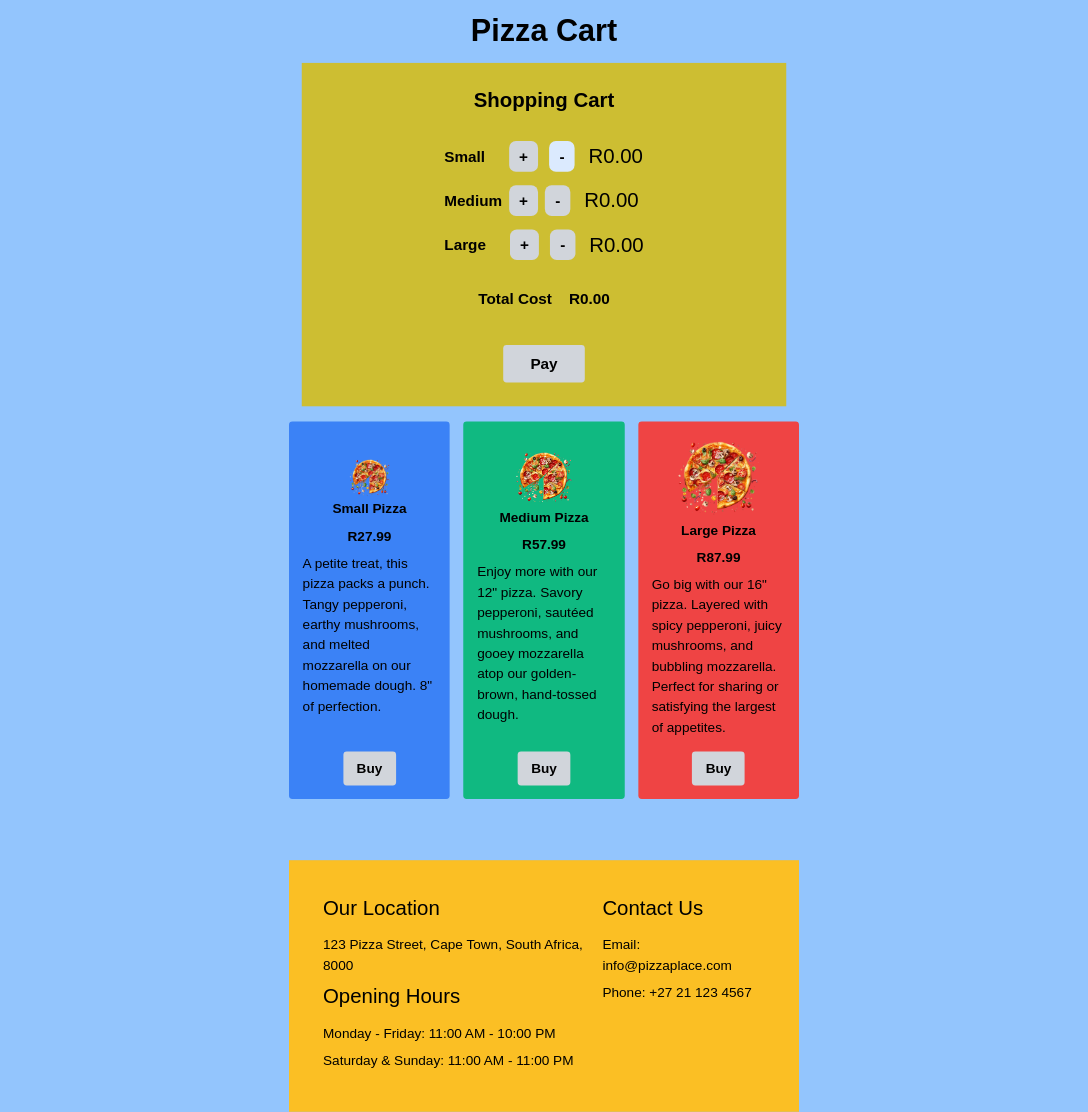
Repository: lasity34/pizza-cart-with-api
Page: index.html
The author's editor kept a copy of each file at every save. The page is drawn from the files as they stood at one save, then again after the next save.
The browser window is 1280 px wide. The pictures show the whole page, at 85% of full size.
The page's requests for data from a server got no answer. Some web fonts or font styles are not loaded; a fallback is used. Some web libraries are served in a nearby version.

Above is the page before, as saved 2023-07-13 14:09:05.
Console error (its wording comes from the project's code and is left out).

### index.html
<!DOCTYPE html>
<html lang="en">
  <head>
    <meta charset="UTF-8" />
    <meta name="viewport" content="width=device-width, initial-scale=1.0" />
    <title>Pizza Cart</title>
    <script src="//unpkg.com/alpinejs" defer></script>
    <link
      href="https://cdn.jsdelivr.net/npm/tailwindcss@2.1.2/dist/tailwind.min.css"
      rel="stylesheet"
    />
    <script
      src="https://cdnjs.cloudflare.com/ajax/libs/axios/1.4.0/axios.min.js"
      integrity="sha512-uMtXmF28A2Ab/JJO2t/vYhlaa/3ahUOgj1Zf27M5rOo8/+fcTUVH0/E0ll68njmjrLqOBjXM3V9NiPFL5ywWPQ=="
      crossorigin="anonymous"
      referrerpolicy="no-referrer"
    ></script>
    <link href="./style.css" rel="stylesheet" />
    <link rel="preconnect" href="https://fonts.googleapis.com" />
    <link rel="preconnect" href="https://fonts.gstatic.com" crossorigin />
    <link
      href="https://fonts.googleapis.com/css2?family=Titillium+Web:ital@0;1&family=Tsukimi+Rounded:wght@300;400;500&display=swap"
      rel="stylesheet"
    />
  </head>
  <body x-data="pizzaCart" class="bg-blue-300" x-cloak>
    <section class="flex justify-center items-center">
      <h1 class="text-4xl pt-4 font-bold">Pizza Cart</h1>
    </section>

    <section
      class="shop-container my-5 p-7 flex flex-col text-xs sm:text-base md:text-lg lg:text-lg justify-center items-center"
    >
      <h2 class="text-2xl mb-2 font-bold">Shopping Cart</h2>
      <div class="mt-6 flex flex-col items-center">
        <div>
          <div class="flex items-center mb-4">
            <p class="font-bold mr-2">Small</p>
            <div class="ml-5">
              <button
                @click="increment('small')"
                class="bg-gray-300 hover:bg-gray-400 rounded-lg px-3 py-1 mr-2 font-bold"
              >
                +
              </button>
              <button
                @click="decrement('small')"
                class="bg-blue-100 hover:bg-gray-400 rounded-lg px-3 py-1 font-bold"
              >
                -
              </button>
            </div>
            <p class="ml-4 text-xs sm:text-sm md:text-lg lg:text-2xl">
              R<span x-text="(smallAmount * prices.small).toFixed(2)"
                >0.00</span
              >
            </p>
          </div>
          <div class="flex items-center mb-4">
            <p class="font-bold mr-2 text-red">Medium</p>
            <button
              @click="increment('medium')"
              class="bg-gray-300 hover:bg-gray-400 rounded-lg px-3 py-1 mr-2 font-bold"
            >
              +
            </button>
            <button
              @click="decrement('medium')"
              class="bg-gray-300 hover:bg-gray-400 rounded-lg px-3 py-1 font-bold"
            >
              -
            </button>
            <p class="ml-4 text-xs sm:text-sm md:text-lg lg:text-2xl">
              R<span x-text="(mediumAmount * prices.medium).toFixed(2)"
                >0.00</span
              >
            </p>
          </div>
          <div class="flex items-center mb-4">
            <p class="font-bold mr-2">Large</p>
            <div class="ml-5">
              <button
                @click="increment('large')"
                class="bg-gray-300 hover:bg-gray-400 rounded-lg px-3 py-1 mr-2 font-bold"
              >
                +
              </button>
              <button
                @click="decrement('large')"
                class="bg-gray-300 hover:bg-gray-400 rounded-lg px-3 py-1 font-bold"
              >
                -
              </button>
            </div>
            <p class="ml-4 text-xs sm:text-sm md:text-lg lg:text-2xl">
              R<span x-text="(largeAmount * prices.large).toFixed(2)"
                >0.00</span
              >
            </p>
        </div>
        <template x-for="pizza in cartPizzas">
            <div class="flex items-center mb-4">
                <p class="font-bold mr-2" x-text="pizza.flavour"></p>
                <div class="ml-5">
                  <button
                    @click="increment('large')"
                    class="bg-gray-300 hover:bg-gray-400 rounded-lg px-3 py-1 mr-2 font-bold"
                  >
                    +
                  </button>
                  <button
                    @click="decrement('large')"
                    class="bg-gray-300 hover:bg-gray-400 rounded-lg px-3 py-1 font-bold"
                  >
                    -
                  </button>
                </div>
                <p class="ml-4 text-xs sm:text-sm md:text-lg lg:text-2xl">
                  R<span x-text="pizza.price"
                    ></span
                  >
                </p>
            </div>
        </template>
        </div>
        <div class="flex justify-center mt-4">
          <p class="font-bold">Total Cost</p>
          <p class="ml-5 font-bold">
            R<span x-text="total().toFixed(2)">0.00</span>
          </p>
        </div>
        <div class="mt-4">
          <span x-html="payMessage"></span>
        </div>

        <div class="mt-4" x-show="total() !== 0" x-cloak>
          <label class="font-bold">Payment Amount:</label>
          <input
            placeholder="Enter payment here"
            type="number"
            step="0.01"
            class="rounded ml-2 py-2"
            x-model="paymentAmount"
          />
        </div>
        <div class="mt-6">
          <button
            x-cloak
            @click="paymentTotal()"
            class="bg-gray-300 hover:bg-gray-400 py-2 px-8 rounded font-bold"
          >
            <span x-text="total() === 0 ? 'Pay' : 'Checkout'"></span>
          </button>
        </div>
      </div>
    </section>

    <section class="pizza_columns">
      <div
        class="flex flex-col gap-4 mx-auto items-center lg:items-stretch lg:flex-row justify-center"
      >
        <div
          class="flex bg-blue-500 rounded p-4 w-4/5 lg:w-4/5 flex-grow flex-shrink flex flex-col justify-between text-black items-center"
        >
          <div class="flex-grow flex flex-col items-center justify-center">
            <img src="./pizza.png" width="50" />
            <h3 class="mb-2 font-bold">Small Pizza</h3>
            <h3 class="mb-2 font-bold">R27.99</h3>
            <p class="mb-4">
              A petite treat, this pizza packs a punch. Tangy pepperoni, earthy
              mushrooms, and melted mozzarella on our homemade dough. 8" of
              perfection.
            </p>
          </div>
          <button
            @click="buy('small')"
            :disabled="smallAdded"
            class="bg-gray-300 hover:bg-gray-400 transition-colors duration-300 py-2 px-4 rounded font-bold"
          >
            Buy
          </button>
        </div>
        <div
          class="pizza_md bg-green-500 rounded p-4 w-4/5 lg:w-4/5 flex-grow flex-shrink flex flex-col justify-between text-black items-center"
        >
          <div class="flex-grow flex flex-col items-center justify-center">
            <img src="./pizza.png" width="70" />
            <h3 class="mb-2 font-bold">Medium Pizza</h3>
            <h3 class="mb-2 font-bold">R57.99</h3>
            <p class="mb-4">
              Enjoy more with our 12" pizza. Savory pepperoni, sautéed
              mushrooms, and gooey mozzarella atop our golden-brown, hand-tossed
              dough.
            </p>
          </div>
          <button
            @click="buy('medium')"
            :disabled="mediumAdded"
            class="bg-gray-300 hover:bg-gray-400 transition-colors duration-300 py-2 px-4 rounded font-bold"
          >
            Buy
          </button>
        </div>
        <div
          class="pizza_lg bg-red-500 rounded p-4 w-4/5 lg:w-4/5 flex-grow flex-shrink flex flex-col justify-between text-black items-center"
        >
          <div class="flex-grow flex flex-col items-center justify-center">
            <img src="./pizza.png" width="100" />
            <h3 class="mb-2 font-bold">Large Pizza</h3>
            <h3 class="mb-2 font-bold">R87.99</h3>
            <p class="mb-4">
              Go big with our 16" pizza. Layered with spicy pepperoni, juicy
              mushrooms, and bubbling mozzarella. Perfect for sharing or
              satisfying the largest of appetites.
            </p>
          </div>
          <button
            @click="buy('large')"
            :disabled="largeAdded"
            class="bg-gray-300 hover:bg-gray-400 transition-colors duration-300 py-2 px-4 rounded font-bold"
          >
            Buy
          </button>
        </div>
      </div>
    </section>
    <!-- all pizzas display -->
    <section class="mt-8">
        <div class="flex flex-col items-center">
            <template x-for="pizza in pizzas">
                <div class="flex items-center border-b border-gray-200 bg-yellow-500 shadow-lg rounded-lg px-4 py-4 my-4 w-full max-w-xl">
                    <div class="w-24 h-24 flex-shrink-0">
                        <img src="./pizza.png" class="w-full h-full object-cover rounded-lg" />
                    </div>
                    <div class="ml-4 flex-grow flex justify-around">
                        <h5 class="text-lg font-bold text-black" x-text="pizza.flavour"></h5>
                        <p class="text-lg text-black mb-4 mr-2">R<span x-text="pizza.price"></span></p>
                    </div>
                    <div>
                        <button class="bg-gray-600 hover:bg-gray-700 text-white font-bold py-2 px-4 rounded">Buy</button>
                    </div>
                </div>
            </template>
        </div>
    </section>



    <footer class="bg-yellow-400 text-black mt-10 p-10">
      <div class="container mx-auto flex justify-between">
        <div>
          <h2 class="text-2xl mb-4">Our Location</h2>
          <p class="mb-2">123 Pizza Street, Cape Town, South Africa, 8000</p>

          <h2 class="text-2xl mb-4">Opening Hours</h2>
          <p class="mb-2">Monday - Friday: 11:00 AM - 10:00 PM</p>
          <p class="mb-2">Saturday & Sunday: 11:00 AM - 11:00 PM</p>
        </div>
        <div>
          <h2 class="text-2xl mb-4">Contact Us</h2>
          <p class="mb-2">Email: info@pizzaplace.com</p>
          <p class="mb-2">Phone: +27 21 123 4567</p>
        </div>
      </div>
    </footer>

    <div
      x-show="show"
      x-transition:enter="transition ease-out duration-300"
      x-transition:enter-start="opacity-0 transform scale-90"
      x-transition:enter-end="opacity-100 transform scale-100"
      x-transition:leave="transition ease-in duration-300"
      x-transition:leave-start="opacity-100 transform scale-100"
      x-transition:leave-end="opacity-0 transform scale-90"
      class="fixed inset-0 flex items-center justify-center z-50"
    >
      <div class="bg-green-800 text-white rounded p-5 shadow-lg">
        <p x-text="message"></p>
      </div>
    </div>

    <script src="./pizza.js"></script>
  </body>
</html>

### style.css

body {
    max-width: 600px;
    margin: 0 auto;

font-family: 'Tsukimi Rounded', sans-serif;
}

.shop-container {
    background-color: rgb(205, 190, 50);
    max-width: 95%;
    margin: 1em auto;
}

input::-webkit-outer-spin-button,
input::-webkit-inner-spin-button {
  -webkit-appearance: none;
  margin: 0;
}

input[type="number"] {
  -moz-appearance: textfield;
 text-indent: 10px;
}

[x-cloak] { display: none; }

### pizza.js
function pizzaCart() {
    return {
      smallAmount: 0,
      mediumAmount: 0,
      largeAmount: 0,
      paymentAmount: 0,
      message: "",
      payMessage: "",
      smallAdded: false,
      mediumAdded: false,
      largeAdded: false,
      show: false,
      prices: {
        small: 27.99,
        medium: 57.99,
        large: 87.99,
      },
      lastMessageAdded: '',



      pizzas: [],
      username: 'bjorn',
      cartId: 'jI0VaxiP9k',
      cartPizzas: [],
      cartTotal: 0.00,
      increment(size) {
        if (size === "small" && this.smallAdded) {
          this.smallAmount++;
        } else if (size === "medium" && this.mediumAdded) {
          this.mediumAmount++;
        } else if (size === "large" && this.largeAdded) {
          this.largeAmount++;
        }
      },
      buy(size) {
        if (size === "small") {
          this.smallAdded = true;
          this.smallAmount++;  // increment the small pizza count
          this.message = 'Small Pizza has been added';
        } else if (size === "medium") {
          this.mediumAdded = true;
          this.mediumAmount++;  // increment the medium pizza count
          this.message = 'Medium Pizza has been added';
        } else if (size === "large") {
          this.largeAdded = true;
          this.largeAmount++;  // increment the large pizza count
          this.message = 'Large Pizza has been added';
        }
        this.toggleModal();
      },
      decrement(size) {
        if(size === 'small' && this.smallAmount > 0 && this.smallAdded) {
          this.smallAmount--;
          if(this.smallAmount === 0) this.smallAdded = false;
        }
        if(size === 'medium' && this.mediumAmount > 0 && this.mediumAdded) {
          this.mediumAmount--;
          if(this.mediumAmount === 0) this.mediumAdded = false;
        }
        if(size === 'large' && this.largeAmount > 0 && this.largeAdded) {
          this.largeAmount--;
          if(this.largeAmount === 0) this.largeAdded = false;
        }
      },
      total() {
        return (
          this.smallAmount * this.prices.small +
          this.mediumAmount * this.prices.medium +
          this.largeAmount * this.prices.large
        );
      },
      paymentTotal() {
        if (this.paymentAmount < this.total()) {
          this.payMessage = `<p class='flex bg-red-600 text-white py-2 px-4 font-bold text-lg my-3 py-1'>R${(this.total() - this.paymentAmount).toFixed(2)} is needed</p>`;
          setTimeout(() => {
            this.payMessage = "";
          }, 2000);
        } else if (this.paymentAmount > this.total()) {
          this.payMessage = `<p class='flex bg-red-600 text-white py-2 px-4 font-bold text-lg my-3 py-1'>There is R${(this.paymentAmount - this.total()).toFixed(2)} too much</p>`;
          setTimeout(() => {
            this.payMessage = "";
          }, 2000);
        } else if (this.paymentAmount == this.total() && this.total() !== 0) {
          this.payMessage = "<p class='flex bg-green-600 text-white py-2 px-4 font-bold text-lg my-3 py-1'>Enjoy your pizzas<p>";
          this.reset();
          setTimeout(() => {
            this.payMessage = "";
          }, 2000);
        }
      },
      toggleModal() {
        this.show = !this.show;
        if (this.show) {
          setTimeout(() => { this.show = false; }, 2000); // Close after 2 seconds
        }
      },
      reset() {
        this.smallAmount = 0;
        this.mediumAmount = 0;
        this.largeAmount = 0;
        this.paymentAmount = 0;
        this.message = "";

        this.smallAdded = false;
        this.mediumAdded = false;
        this.largeAdded = false;
        this.show = false;
      },

      getCart() {
        const getCartURL = `https://pizza-api.projectcodex.net/api/pizza-cart/${this.cartId}/get`
      return  axios.get(getCartURL)
      },
      showCartData() {
        this.getCart().then(result => {

          const cartData = result.data
          console.log(cartData)

          this.cartPizzas = cartData.pizzas
          this.cartId = cartData.total
        })
      },
      init() {
        axios
          .get('https://pizza-api.projectcodex.net/api/pizzas')
          .then(result => {

            this.pizzas = result.data.pizzas
          })

          this.showCartData()

      },

    };
  }

  document.addEventListener("alpine:init", () => {
    Alpine.data("pizzaCart", pizzaCart);
  });

After the next save:
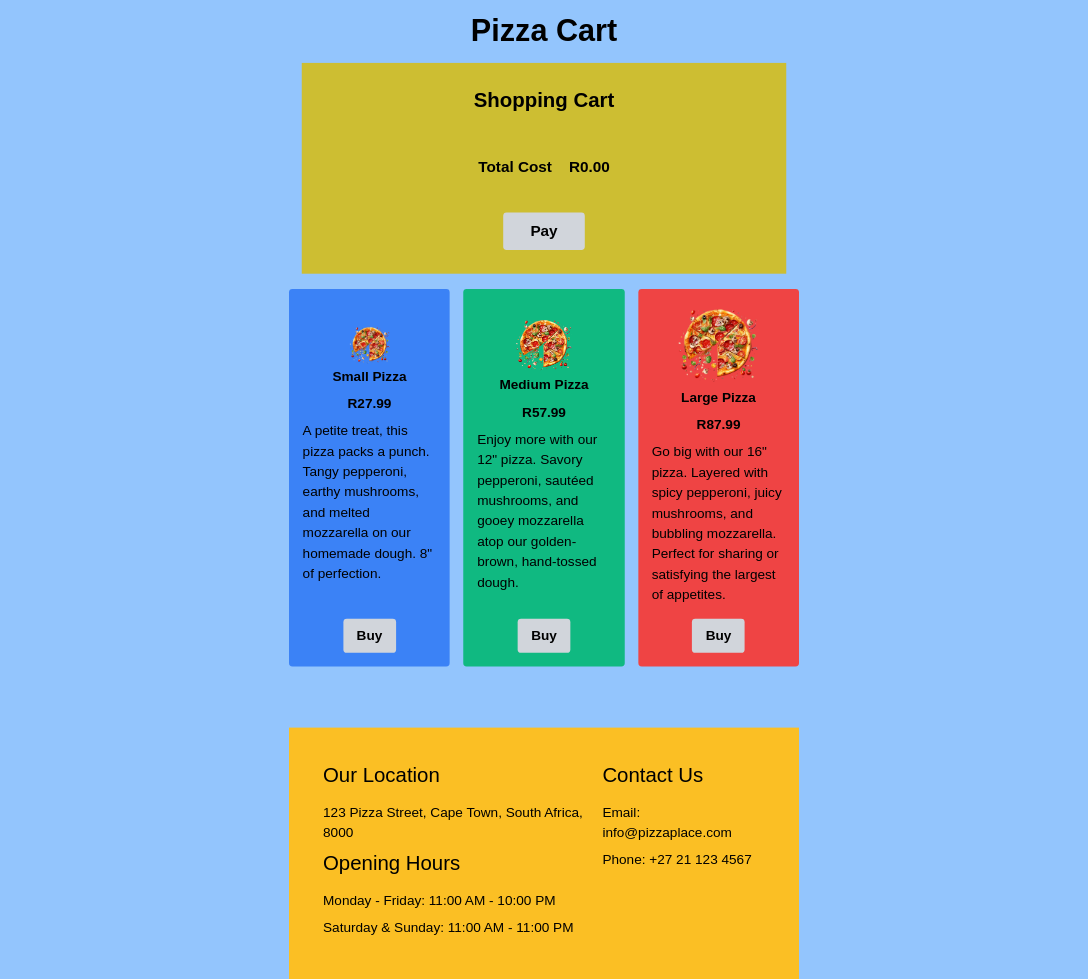
Saved 69 s later.
--- a/index.html
+++ b/index.html
@@ -34,70 +34,7 @@
       <h2 class="text-2xl mb-2 font-bold">Shopping Cart</h2>
       <div class="mt-6 flex flex-col items-center">
         <div>
-          <div class="flex items-center mb-4">
-            <p class="font-bold mr-2">Small</p>
-            <div class="ml-5">
-              <button
-                @click="increment('small')"
-                class="bg-gray-300 hover:bg-gray-400 rounded-lg px-3 py-1 mr-2 font-bold"
-              >
-                +
-              </button>
-              <button
-                @click="decrement('small')"
-                class="bg-blue-100 hover:bg-gray-400 rounded-lg px-3 py-1 font-bold"
-              >
-                -
-              </button>
-            </div>
-            <p class="ml-4 text-xs sm:text-sm md:text-lg lg:text-2xl">
-              R<span x-text="(smallAmount * prices.small).toFixed(2)"
-                >0.00</span
-              >
-            </p>
-          </div>
-          <div class="flex items-center mb-4">
-            <p class="font-bold mr-2 text-red">Medium</p>
-            <button
-              @click="increment('medium')"
-              class="bg-gray-300 hover:bg-gray-400 rounded-lg px-3 py-1 mr-2 font-bold"
-            >
-              +
-            </button>
-            <button
-              @click="decrement('medium')"
-              class="bg-gray-300 hover:bg-gray-400 rounded-lg px-3 py-1 font-bold"
-            >
-              -
-            </button>
-            <p class="ml-4 text-xs sm:text-sm md:text-lg lg:text-2xl">
-              R<span x-text="(mediumAmount * prices.medium).toFixed(2)"
-                >0.00</span
-              >
-            </p>
-          </div>
-          <div class="flex items-center mb-4">
-            <p class="font-bold mr-2">Large</p>
-            <div class="ml-5">
-              <button
-                @click="increment('large')"
-                class="bg-gray-300 hover:bg-gray-400 rounded-lg px-3 py-1 mr-2 font-bold"
-              >
-                +
-              </button>
-              <button
-                @click="decrement('large')"
-                class="bg-gray-300 hover:bg-gray-400 rounded-lg px-3 py-1 font-bold"
-              >
-                -
-              </button>
-            </div>
-            <p class="ml-4 text-xs sm:text-sm md:text-lg lg:text-2xl">
-              R<span x-text="(largeAmount * prices.large).toFixed(2)"
-                >0.00</span
-              >
-            </p>
-        </div>
+
         <template x-for="pizza in cartPizzas">
             <div class="flex items-center mb-4">
                 <p class="font-bold mr-2" x-text="pizza.flavour"></p>
